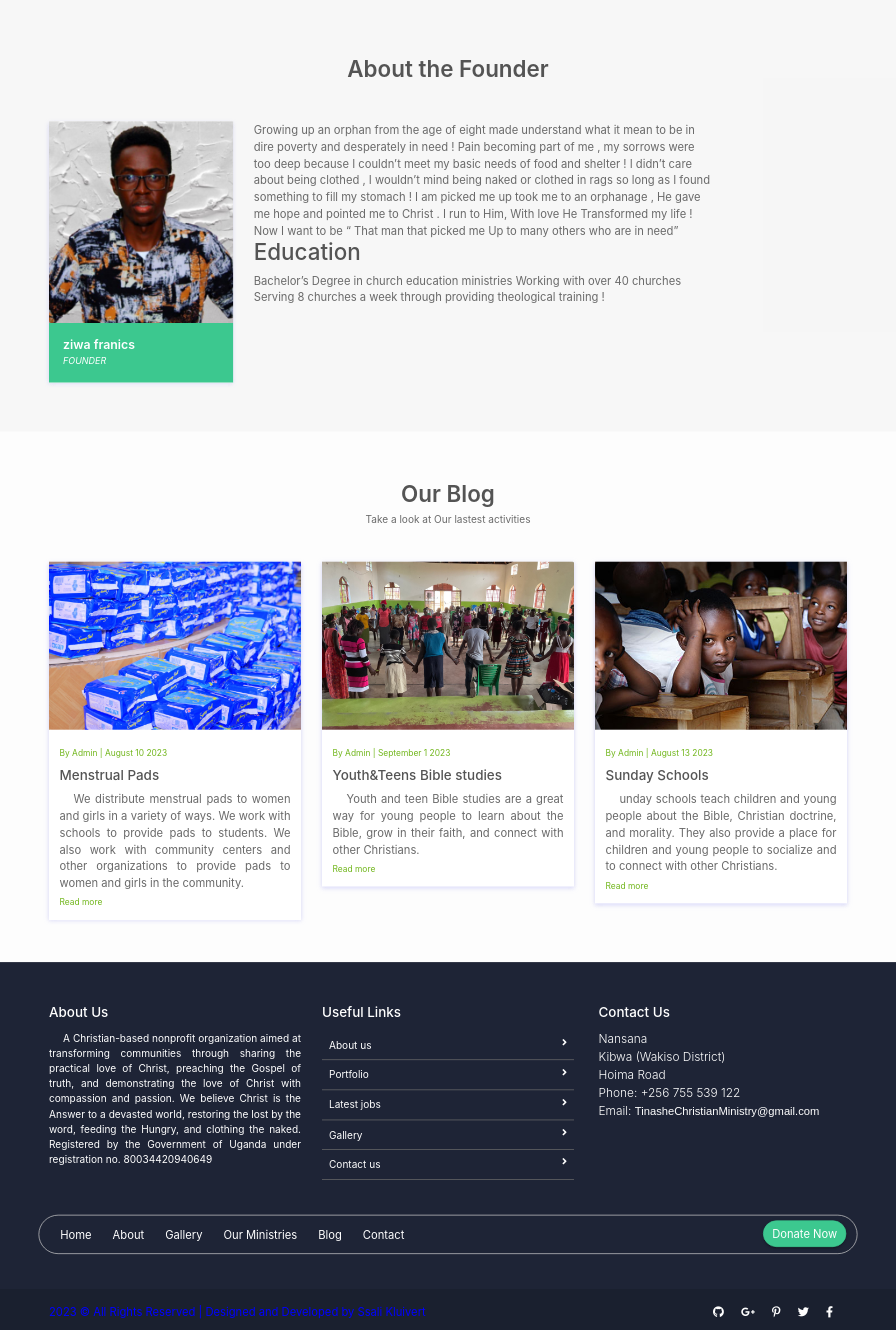
Repository: kluivert-ssali/Zziwa
Page: index.html
An editor plug-in stored every save of this project. The page is shown before and after the next save, followed by the edit.
The browser window is 1280 px wide. The pictures show the part of the page from y = 3518 to 5418 px (the page is 5424 px tall), at 70% of full size.
Backgrounds fixed to the window are drawn as part of the page.

Above is the page before, as saved 2023-11-27 21:59:35.

After the next save:
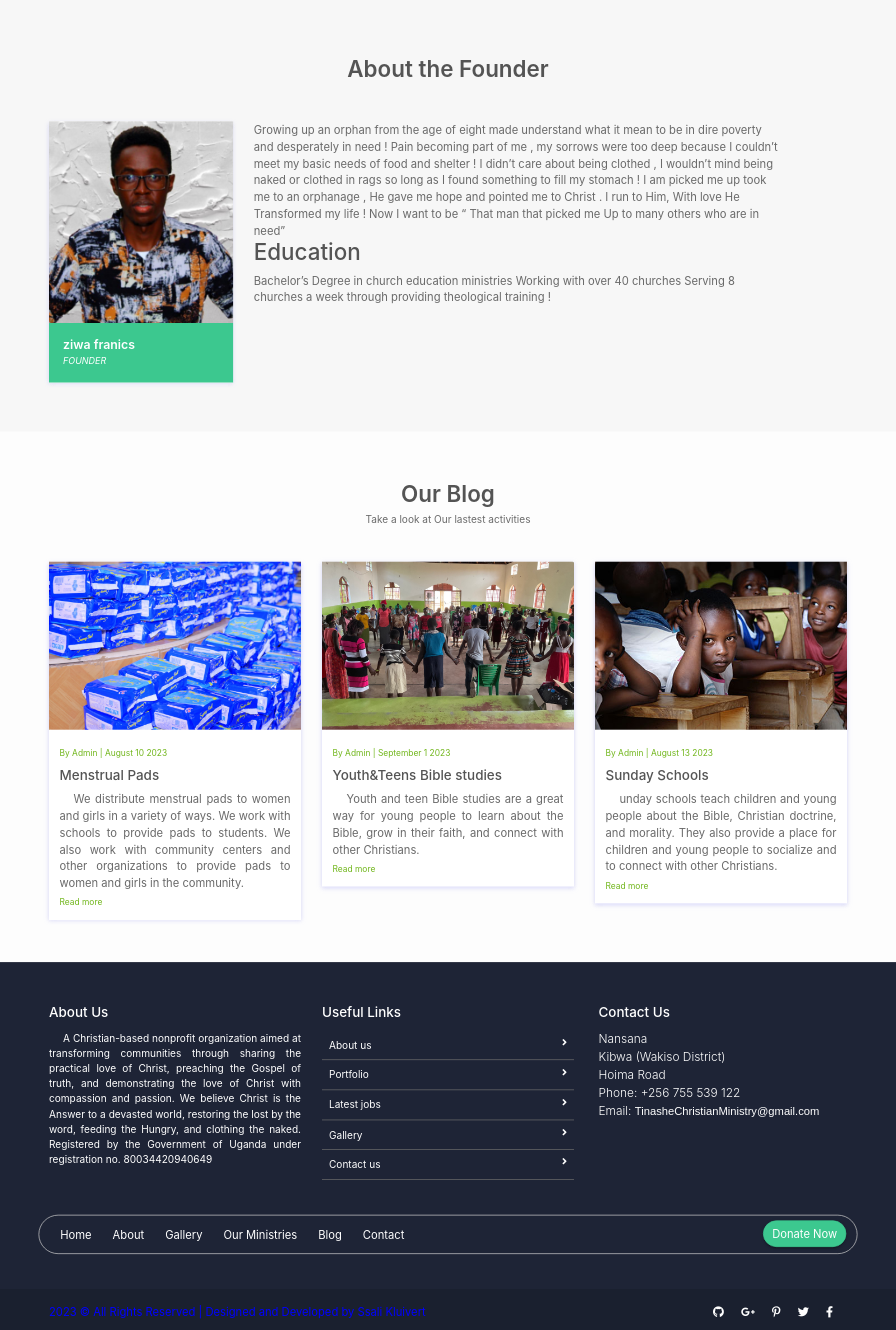
Saved 7 s later.
--- a/index.html
+++ b/index.html
@@ -412,7 +412,7 @@
               </div>
             </div>
           </div> -->
-          <div class="col-md-7">
+          <div class="col-md-8">
             <div>
               <p>
                 Growing up an orphan from the age of eight made understand what
